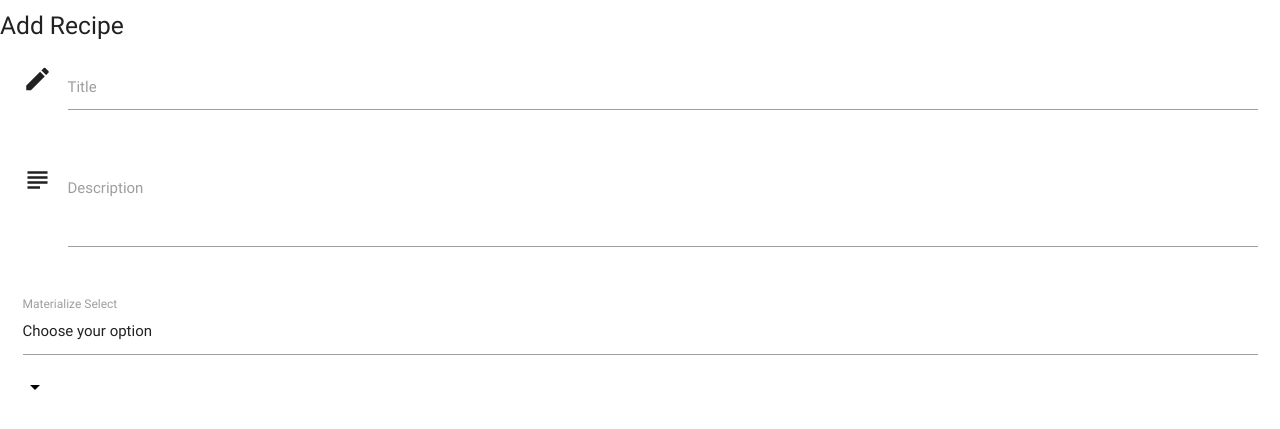
Repository: neillarkin/atari-app
Page: http://localhost/add_recipe
The author's editor kept a record of every edit. The page is drawn from the files as they stood at one moment, then again after the next edit.
The browser window is 1280 px wide. The pictures show the whole page.
The page is served by the project's application, run on Flask 3 (run.py). Queries for data that is not in the repository find no rows.

Above is the page before.

After the next edit:
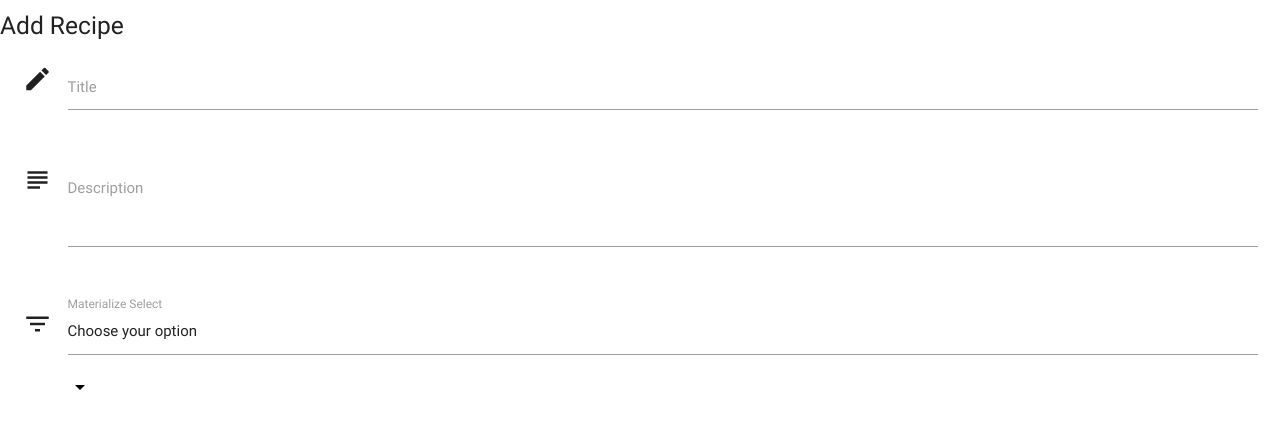
The edit:
--- a/templates/add_recipe.html
+++ b/templates/add_recipe.html
@@ -20,6 +20,7 @@
     </div>
     <div class="row">
       <div class="input-field col s12">
+              <i class="material-icons prefix">filter_list</i>
         <select>
       <option value="" disabled selected>Choose your option</option>
       <option value="1">Option 1</option>
